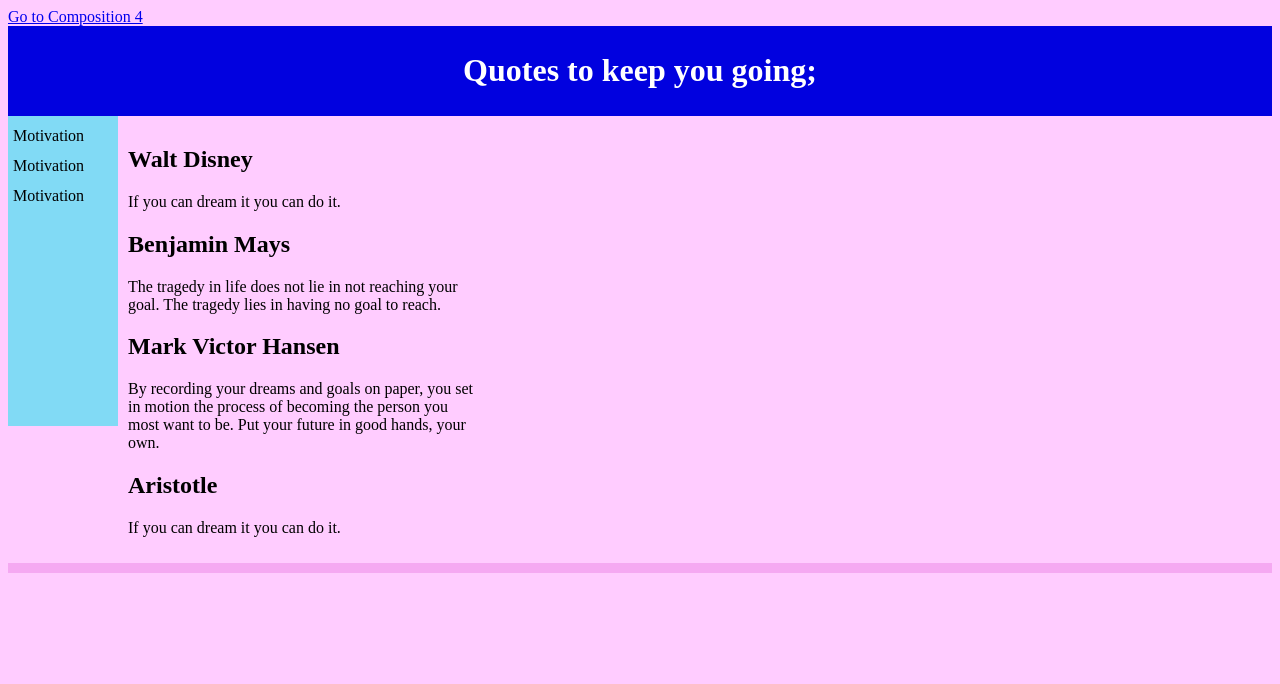
Repository: dominiquedevito/dominiquedevito.github.io
Page: 5compositions/composition3.html
The author's editor kept a record of every edit. The page is drawn from the files as they stood at one moment, then again after the next edit.
The browser window is 1280 px wide. The pictures show the whole page.

Above is the page before.

### 5compositions/composition3.html
<html>
	<head>
		<title>Composition 3</title>

	</head>
	<link href="3styles.css" rel="stylesheet">
	<body>
<body bgcolor="#FFCCFF">
	<a href="composition4.html">Go to Composition 4</a>

<div id="header">
<h1>Quotes to keep you going;</h1>
</div>

<div id="nav">
Motivation<br>
Motivation<br>
Motivation<br>
</div>

<div id="section">
<h2>Walt Disney</h2>
<p>
If you can dream it you can do it.
</p>
<h2>Benjamin Mays</h2>
<p>
The tragedy in life does not lie in not reaching your goal. The tragedy lies in having no goal to reach.
</p>
<h2>Mark Victor Hansen</h2>
<p>
By recording your dreams and goals on paper, you set in motion the process of becoming the person you most want to be. Put your future in good hands, your own.
</p>
<h2>Aristotle</h2>
<p>
If you can dream it you can do it.
</p>
</div>

<div id="footer">
</div>

</body>
</html>
</style>
</head>

<body>



	</body>
</html>

### 5compositions/3styles.css
#header {
    background-color:#0101DF;
    color:white;
    text-align:center;
    padding:5px;
}
#nav {
    line-height:30px;
    background-color:#81DAF5;
    height:300px;
    width:100px;
    float:left;
    padding:5px;
}
#section {
    width:350px;
    float:left;
    padding:10px;
}
#footer {
    background-color:#F5A9F2;
    color:white;
    clear:both;
    text-align:center;
   padding:5px;
}

After the next edit:
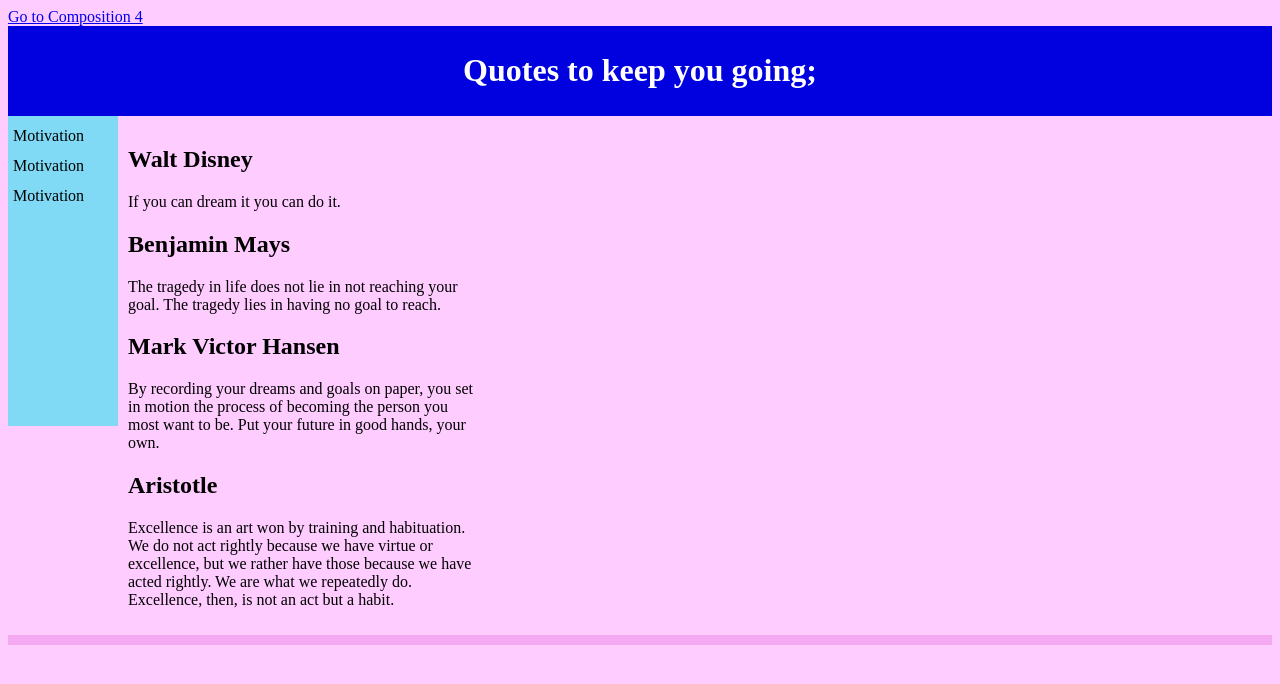
The edit:
--- a/5compositions/composition3.html
+++ b/5compositions/composition3.html
@@ -33,7 +33,7 @@
 </p>
 <h2>Aristotle</h2>
 <p>
-If you can dream it you can do it.
+Excellence is an art won by training and habituation. We do not act rightly because we have virtue or excellence, but we rather have those because we have acted rightly. We are what we repeatedly do. Excellence, then, is not an act but a habit.
 </p>
 </div>
 
